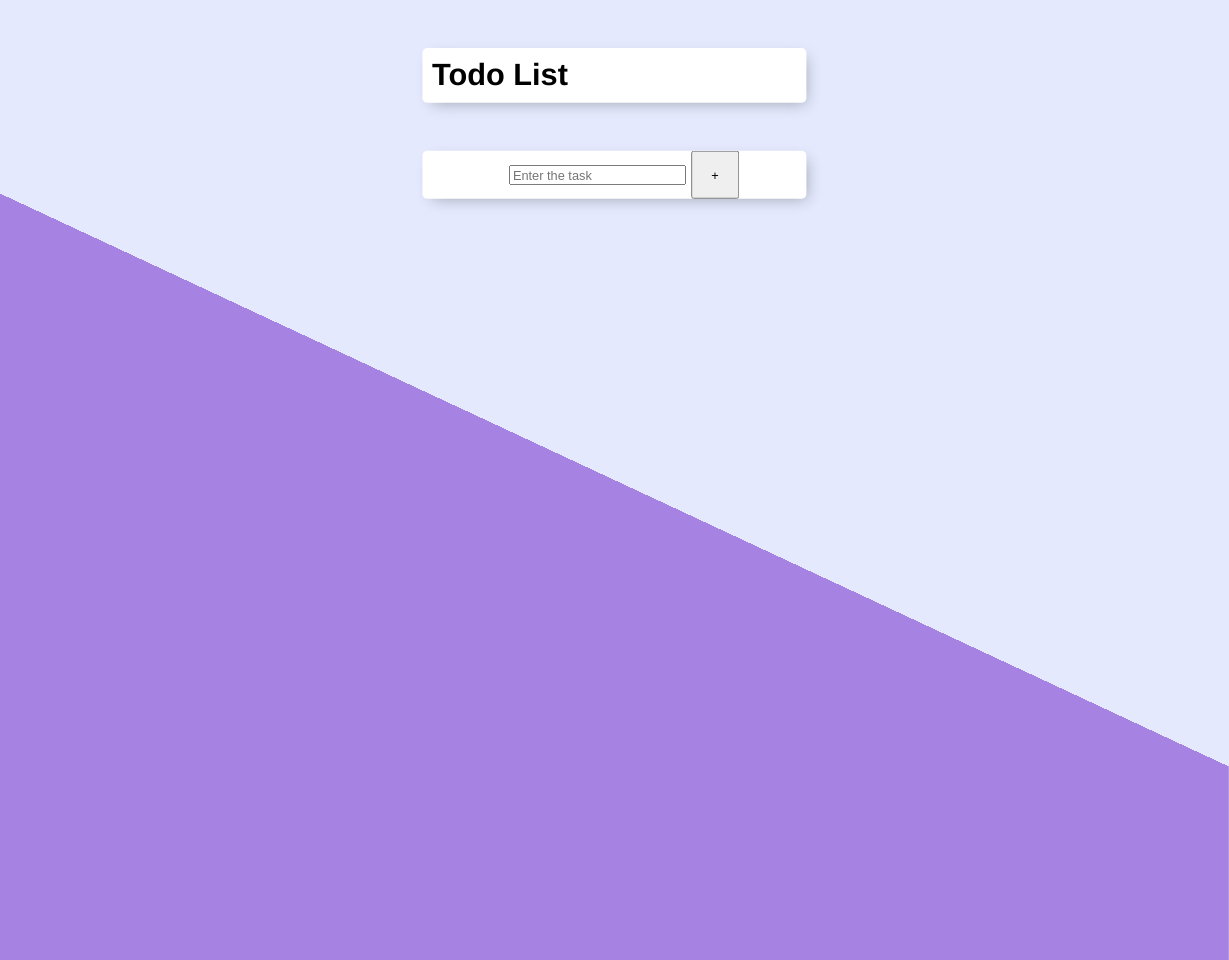
Repository: rupeshkofficial/Todo-List-Ver2
Page: http://localhost/
These files come from the project's save history. The page is drawn as it stood at one moment and after a run of saves; the edit follows.
The browser window is 1280 px wide. The pictures show the whole page, at 96% of full size.
The page is served by the project's Node server (app.js).

Above is the page before, as saved 2023-02-23 16:18:20.

After the next 2 saves:
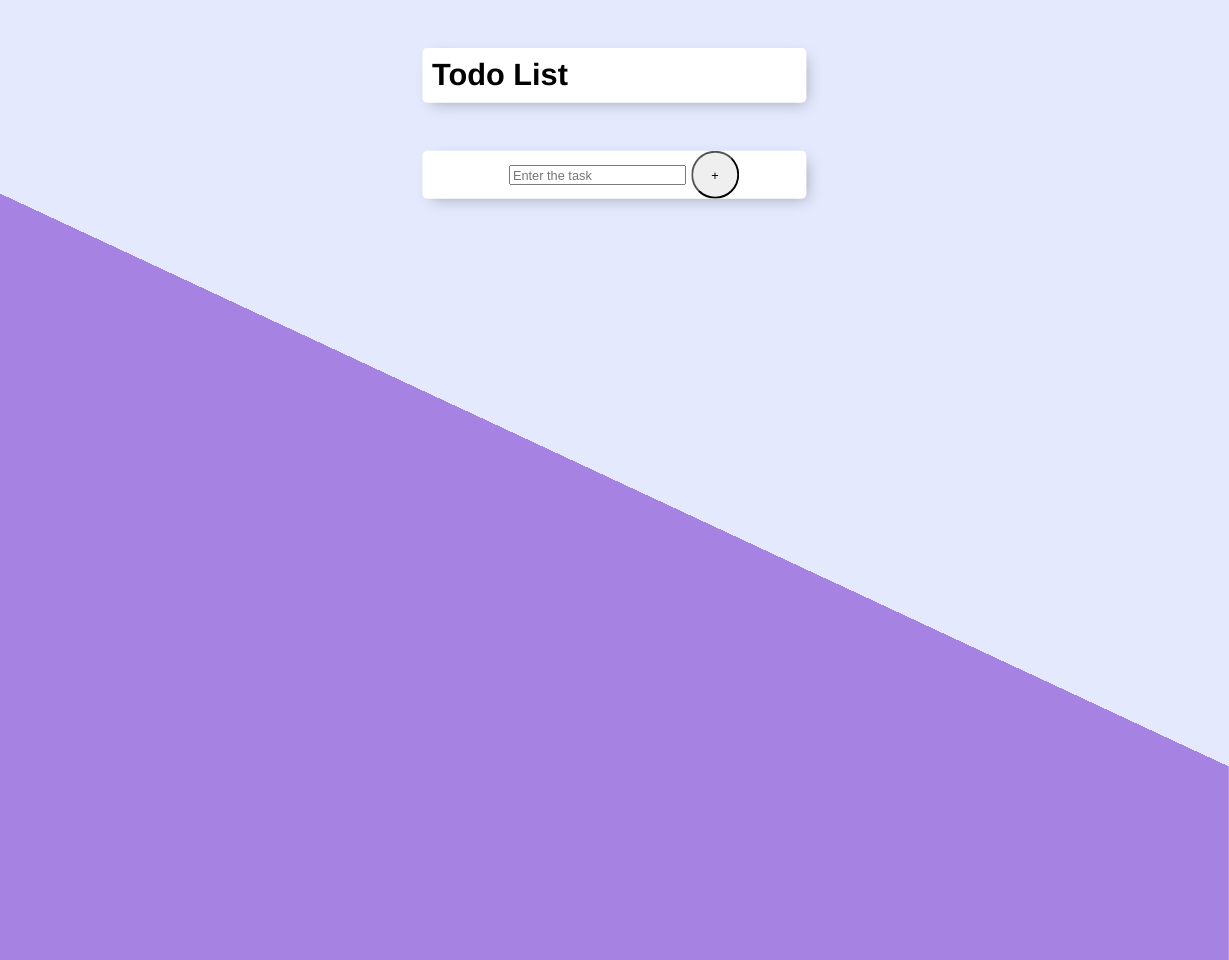
The 2 saves are shown as one change because they came seconds apart.
The last was saved 5 s later.
--- a/public/css/style.css
+++ b/public/css/style.css
@@ -60,5 +60,6 @@ form{
 button{
     min-height: 50px;
     width: 50px;
-    border-radius: ;
+    border-radius: 50%;
+
 }
